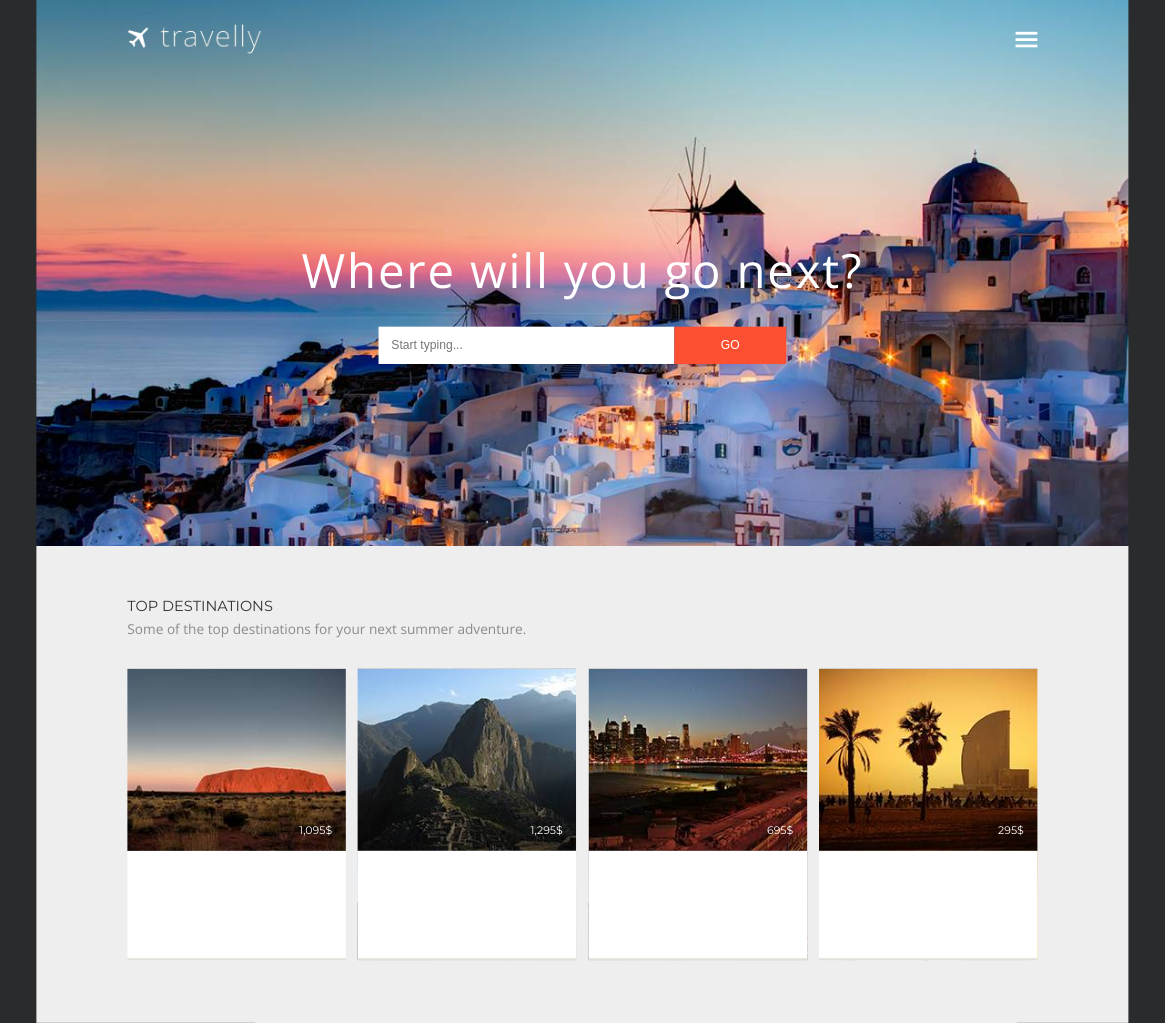
Repository: YusifHasanov/Web-Page-Template
Page: index.html
The author's editor kept a copy of each file at every save. The page is drawn from the files as they stood at one save, then again after the next save.
The browser window is 1280 px wide. The pictures show the whole page, at 91% of full size.

Above is the page before, as saved 2021-12-05 21:36:10.

### index.html
<!DOCTYPE html>
<html lang="en">
<head>
  <!-- !required meta tags -->
  <meta charset="UTF-8">
  <meta http-equiv="X-UA-Compatible" content="IE=edge">
  <meta name="viewport" content="width=device-width, initial-scale=1.0">
  <title>Document</title>
  <!-- !style css -->
  <link rel="stylesheet" href="./css/style.css" />
</head>
<body>

  <div class="container">
      <div class="header useless">
        <div class="navBar d-flex justify-between align-end">
          <img src="./img/logo.png" alt="traveller company logo" />
          <img src="./img/menubar.png" class="hamburger" alt="hamburger menu logo" />
        </div>
        <h1>Where will you go next?</h1>
        <form class="d-flex justify-center">
          <input type="text" id="search" name="search" [aria-label="search"] placeholder="Start typing..." />
          <button type="submit" role="button">GO</button>
        </form>
      </div>
      <div class="top-destinations useless">
            <h2>Top destinations</h2>
            <p>Some of the top destinations for your next summer adventure.</p>

            <div class="flex-container d-flex justify-between">
              <div class="flex-item">
                <!-- !1 -->
                <div class="top australia">
                  <span>1,095$</span>
                </div>
                <div class="down">

                </div>
              </div>
                <!-- !2 -->
              <div class="flex-item s-america">
                <div class="top">
                   <span>1,295$</span>
                </div>
                <div class="down"></div>
              </div>
                <!-- !3 -->
              <div class="flex-item n-america">
                <div class="top">
                   <span>695$</span>
                </div>
                <div class="down"></div>
              </div>
                <!-- !4 -->
              <div class="flex-item europe">
                <div class="top">
                   <span>295$</span>
                </div>
                <div class="down"></div>
              </div>
            </div>
      </div>
  </div>

</body>
</html>

### css/style.css
@import url('https://fonts.googleapis.com/css2?family=Montserrat&family=Open+Sans:wght@300;400&display=swap');

* {
  margin: 0;
  padding: 0;
  outline: 0;
  border: 0;
  box-sizing: border-box;
}

body {
  min-height: 100vh;
  background-color: #292b2c;
}

.d-flex {
  display: flex;
}

.justify-center {
  justify-content: center;
}

.justify-between {
  justify-content: space-between;
}

.align-end {
  align-items: flex-end;
}

.useless {
  padding-left: 8.33%;
  padding-right: 8.33%;
}

.container {
  max-width: 1200px;
  margin-left: auto;
  margin-right: auto;
}

.header {
  height: 600px;
  background-image: url(./../img//backgr.jpg);
}

.navBar {
  padding-top: 26px;
}

.hamburger {
  margin-bottom: 6px;
}

.header > h1 {
  font-size: 52px;
  letter-spacing: 2px;
  color: #ffffff;
  font-weight: 300;
  font-family: 'Open Sans', sans-serif;
  text-align: center;
  line-height: 45px;
  margin-top: 215px;
}

.header > h1 + form {
  margin-top: 40px;
  height: 41px;
}

button[type='submit'] {
  width: 123px;
  background-color: #fd4f32;
  color: white;
}

.header input[type='text'] {
  width: 325px;
  padding-left: 14px;
}

.top-destinations {
  padding-top: 59px;
  padding-bottom: 69px;
  background-color: #eee;
}

.top-destinations > h2 {
  font-size: 16px;
  letter-spacing: 0px;
  color: #323232;
  font-weight: 400;
  font-family: 'Montserrat', sans-serif;
  text-transform: uppercase;
  line-height: 13px;
}

.top-destinations > p {
  font-size: 15px;
  letter-spacing: 0px;
  color: #8b8b8b;
  font-weight: 400;
  font-family: 'Open Sans', sans-serif;
  line-height: 10px;
  margin-top: 14px;
}

.flex-container {
  margin-top: 39px;
}

.flex-item {
  width: 24%;
}

.top {
  height: 200px;
  position: relative;
}

.top > span {
  position: absolute;
  font-size: 12px;
  letter-spacing: 0px;
  color: #ffffff;
  font-weight: 400;
  font-family: 'Montserrat', sans-serif;
  text-align: right;
  bottom: 16px;
  right: 15px;
}

.australia {
  background-image: url(./../img/amazing-a.jpg);
}

.s-america {
  background-image: url(./../img/s-america.jpg);
}

.n-america {
  background-image: url(./../img/n-america.jpg);
}

.europe {
  background-image: url(./../img/europe.jpg);
}
.down {
  height: 120px;
  background-color: white;
  border-bottom: 2px solid #e1dfd8;
  padding-left: 20px;
  padding-top: 20px;
}

After the next save:
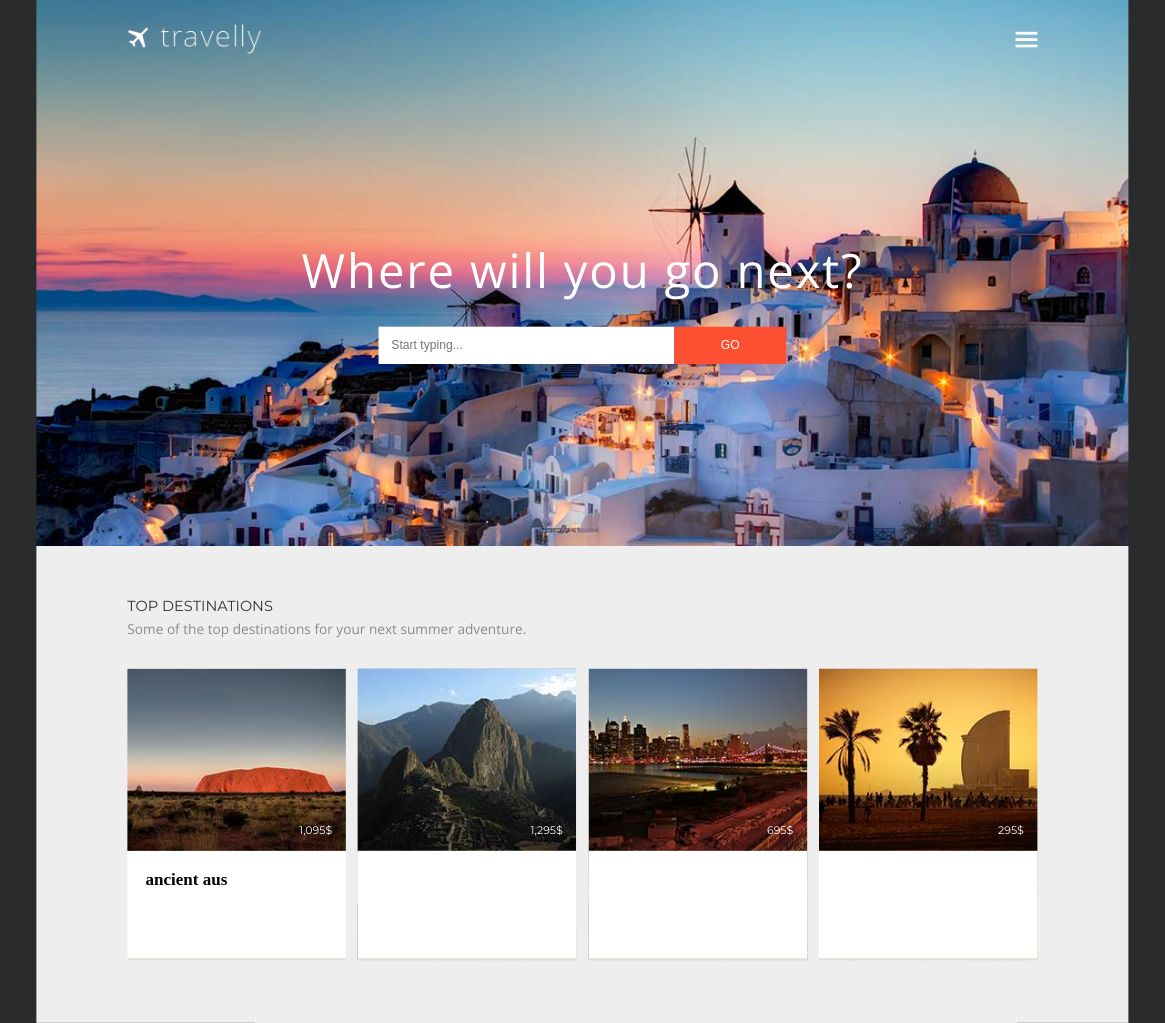
Saved 5 s later.
--- a/index.html
+++ b/index.html
@@ -34,7 +34,7 @@
                   <span>1,095$</span>
                 </div>
                 <div class="down">
-
+                  <h3>ancient aus</h3>
                 </div>
               </div>
                 <!-- !2 -->
